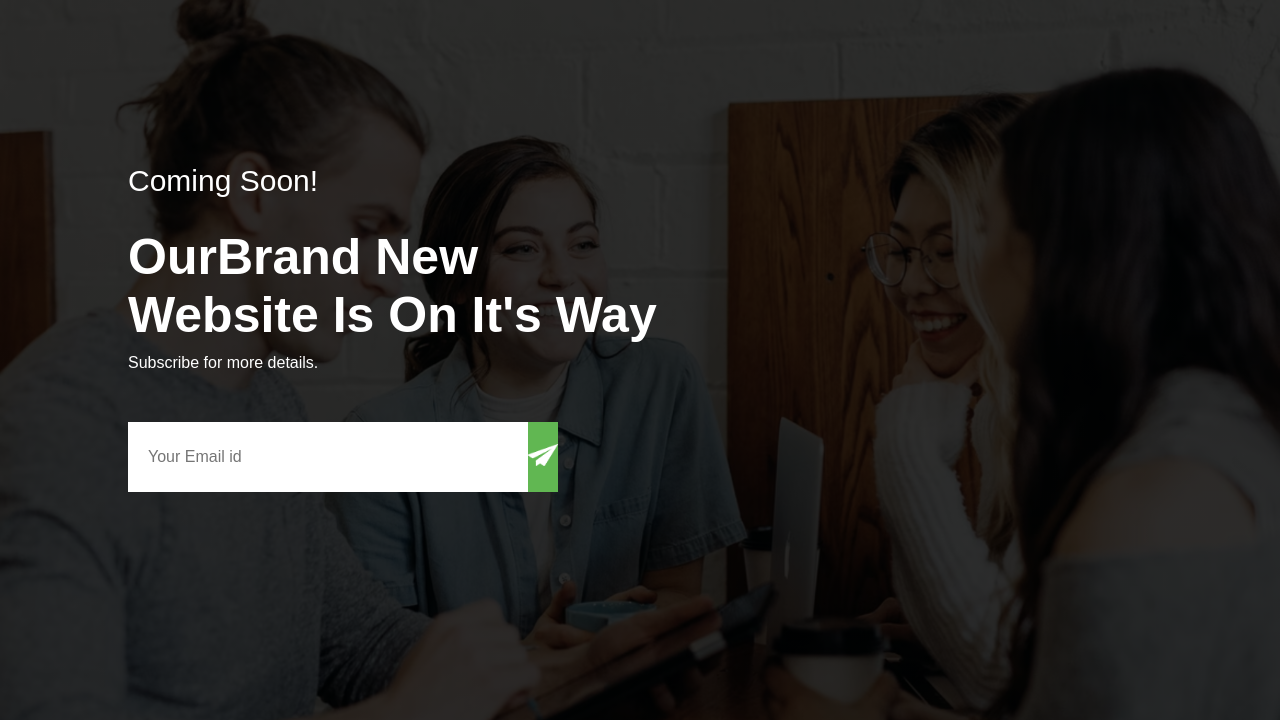
Repository: AbdullahOwais-Dev/Email-Subscription
Page: index.html
These files come from the project's save history. The page is drawn as it stood at one moment and after the next save; the edit follows.
The browser window is 1280 px wide. The pictures show the whole page.

Above is the page before, as saved 2025-02-07 23:41:08.

After the next save:
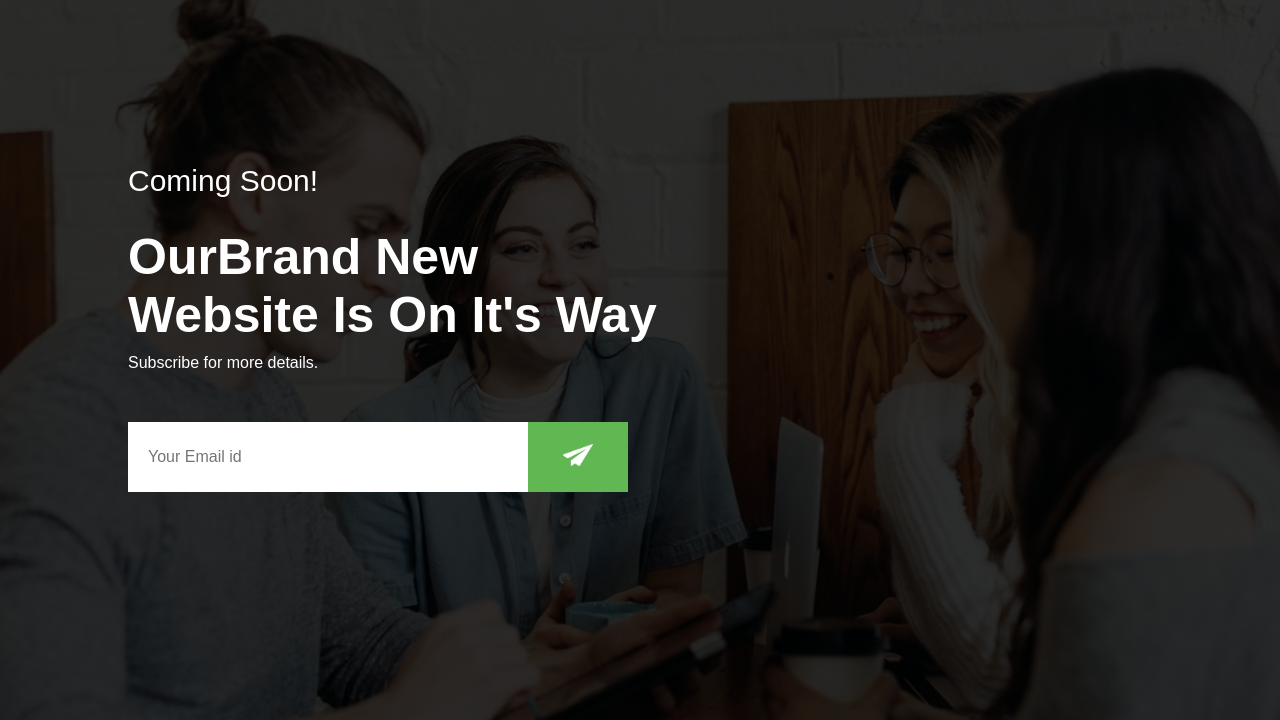
Saved 4 s later.
--- a/style.css
+++ b/style.css
@@ -43,5 +43,6 @@ form button{
     border: none;
     outline: none;
     height: 70px;
-
+    width: 100px;
+    c
 }
